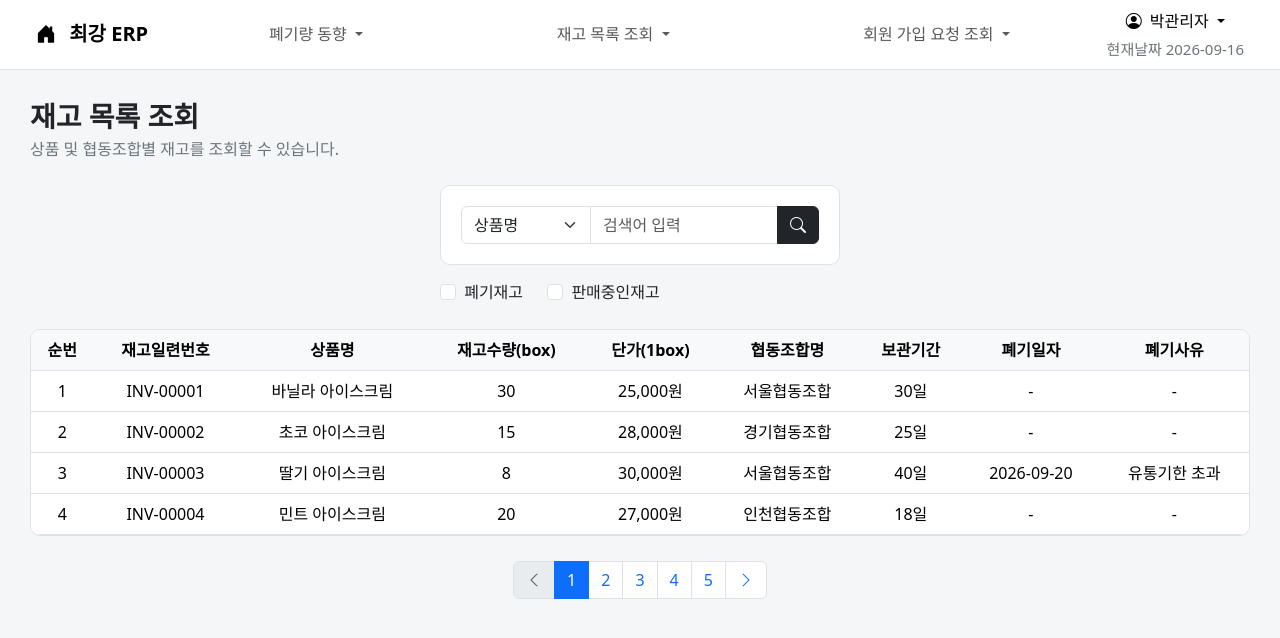
Repository: nojong99/kosta
Page: 32_MVCModel2/src/main/webapp/inventoryList.html
An editor plug-in stored every save of this project. The page is shown before and after the next save, followed by the edit.
The browser window is 1280 px wide. The pictures show the whole page.

Above is the page before, as saved 2026-09-23 05:50:43.

After the next save:
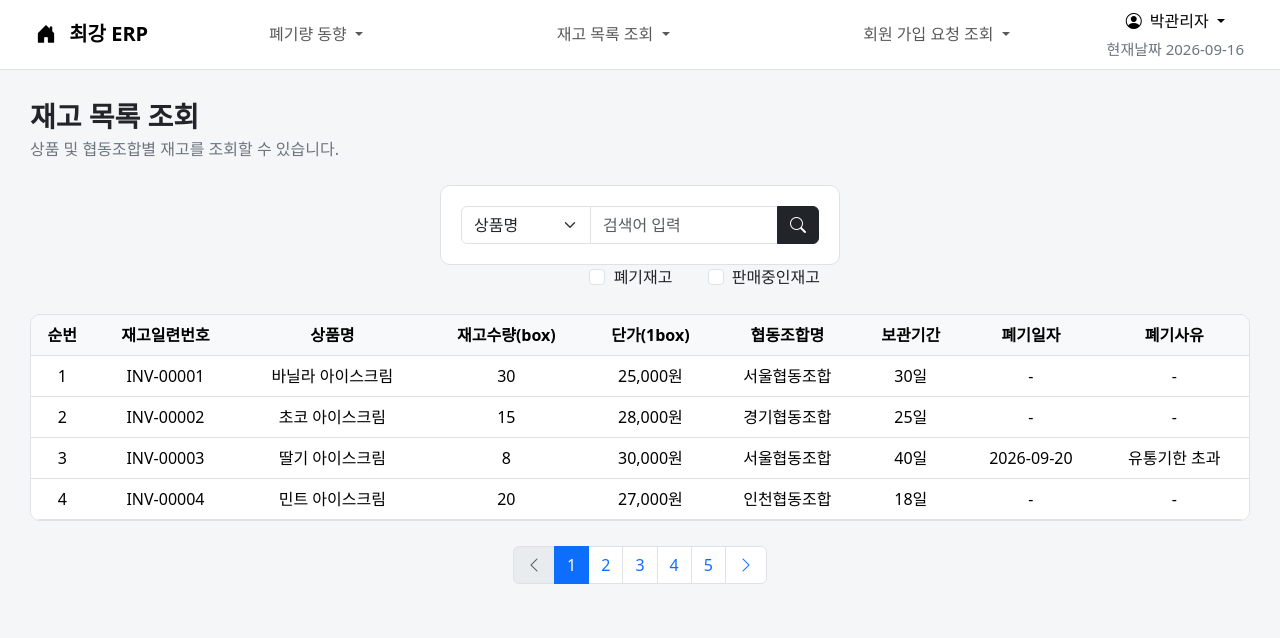
Saved 55 s later.
--- a/32_MVCModel2/src/main/webapp/inventoryList.html
+++ b/32_MVCModel2/src/main/webapp/inventoryList.html
@@ -46,7 +46,9 @@ body {
 
 /* 재고 상태 */
 .stock-status {
-	margin-top: 15px;
+	display: flex;
+    justify-content: flex-end;
+    gap: 15px;
 }
 
 .stock-status label {
